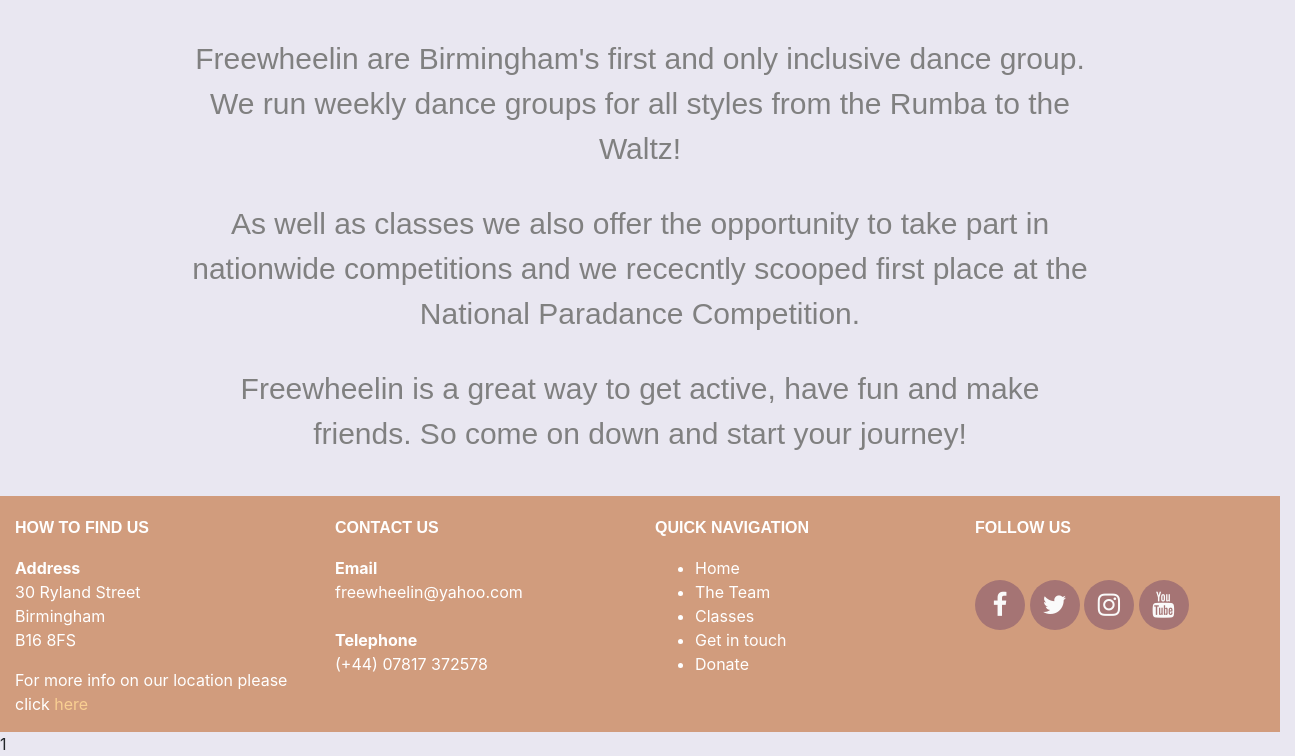
Repository: Code-Institute-Submissions/francisillingworth-resubmitted-milestone-project-1
Page: index.html
The author's editor kept a record of every edit. The page is drawn from the files as they stood at one moment, then again after the next edit.
The browser window is 1280 px wide. The page is 1295 px wide, so the pictures cover 1295 px, including what lies to the right of the window. The pictures show the part of the page from y = 811 to 1567 px (the page is 1567 px tall before and 1543 px after).

Above is the page before.

### index.html
<!DOCTYPE html>
<html lang="en">

<head>
    <meta charset="UTF-8">
    <meta name="viewport" content="width=device-width, initial-scale=1.0">
    <meta http-equiv="X-UA-Compatible" content="ie=edge">
    <link rel="stylesheet" href="https://stackpath.bootstrapcdn.com/bootstrap/4.3.1/css/bootstrap.min.css" type="text/css" />
    <link rel="stylesheet" href="https://stackpath.bootstrapcdn.com/font-awesome/4.7.0/css/font-awesome.min.css" type="text/css" />
    <link rel="stylesheet" href="https://cdnjs.cloudflare.com/ajax/libs/hover.css/2.3.1/css/hover-min.css" type="text/css" />
    <link rel="stylesheet" href="static/css/style.css" type="text/css" />
    <link rel="icon" type="image/png" href="assets/images/logo.png">
    <title>Freewheelin | Inclusive Dance</title>
</head>

<body>

    <header>
        <div class="container-fluid navalert-container">
            <div class="container-fluid alert-container">
                <div class="row d-none d-lg-block">
                    <div class="site-wide-alert alert alert-warning col-12 "><strong> Want to get involved?</strong> Click <a href="classes.html">here</a> for more info on classes! Want to donate? <button class="btn btn-success btn-sm " data-toggle="modal" data-target="#donateModal">Click Here!</button></div>
                </div>
            </div>
            <nav class="navbar navbar-dark navbar-expand-xl">
                <a href="/" class="navbar-brand"></a>
                <button class="navbar-toggler ml-auto" type="button" data-toggle="collapse" data-target="#navbarNavDropdown" aria-controls="navbarNavDropdown" aria-expanded="false" aria-label="Toggle navigation">
        <span class="navbar-toggler-icon"></span></button>


                <div class="collapse navbar-collapse  ml-auto" id="navbarNavDropdown">
                    <ul class="navbar-nav mr-auto">
                        <li class=" nav-item mr-2"><a class="nav-link" href="index.html">Home</a></li>
                        <li class="nav-item mr-2"><a class="nav-link" href="team.html">The Team</a></li>
                        <li class="nav-item dropdown">
                            <li class="nav-item mr-2"><a class="nav-link" href="classes.html">Classes</a></li>
                            <a class="nav-link dropdown-toggle " href="#" id="navbarDropdownMenuLink" role="button" data-toggle="dropdown" aria-haspopup="true" aria-expanded="false">Get in touch</a>
                            <div class="dropdown-menu" aria-labelledby="navbarDropdownMenuLink">
                                <a class="dropdown-item" href="get-in-touch.html">Contact us</a>
                                <a class="dropdown-item" href="#" data-toggle="modal" data-target="#donateModal">Donate</a>
                            </div>
                        </li>

                    </ul>
                </div>

            </nav>
        </div>

        <img class="logo" src="assets/images/logo.png" alt="Logo">
        <h1>Freewheelin</h1>
        <h2>Inclusive dance</h2>
        <div class="row no-gutters">
            <div class="col-md-8 offset-2">
                <div class="d-none d-lg-block">
                    <div class="row no-gutters">
                        <div class="col">
                            <ul id="nav" class="list-inline menucontainer">
                                <li class="col-sm-3 ui-menu-color list-inline-item menuitem">
                                    <a href="index.html" class="hvr-icon-grow"><i class="fa fa-home hvr-icon" aria-hidden="true"></i><span>&nbsp;  Home</span></a>
                                </li>
                                <li class="col-sm-3 ui-menu-color list-inline-item menuitem">
                                    <a href="team.html" class="hvr-icon-grow"><i class="fa fa-users hvr-icon" aria-hidden="true"></i><span>&nbsp;  The Team</span></a>
                                </li>
                                <li class="col-sm-3 ui-menu-color list-inline-item menuitem">
                                    <a href="classes.html" class="hvr-icon-grow"><i class="fa fa-calendar hvr-icon" aria-hidden="true"></i><span>&nbsp;  Classes</span></a>
                                </li>
                                <li class="col-sm-3 ui-menu-color list-inline-item menuitem">
                                    <a href="get-in-touch.html" class="hvr-icon-grow"><i class="fa fa-comments hvr-icon" aria-hidden="true"></i><span>&nbsp;  Get in touch</span></a>
                                </li>
                            </ul>

                        </div>
                    </div>
                </div>
            </div>
        </div>
    </header>

    <section>

        <iframe class="introVideo" width="516" height="296" src="https://www.youtube.com/embed/5jInVw9U_JM" frameborder="0" allow="accelerometer; autoplay; encrypted-media; gyroscope; picture-in-picture" allowfullscreen></iframe>
        <p class="homePagePara">Freewheelin are Birmingham's first and only inclusive dance group. We run weekly dance groups for all styles from the Rumba to the Waltz!</p>
        <p class="homePagePara">As well as classes we also offer the opportunity to take part in nationwide competitions and we rececntly scooped first place at the National Paradance Competition.</p>
        <p class="homePagePara">Freewheelin is a great way to get active, have fun and make friends. So come on down and start your journey!</p>
        </p>
    </section>

    <footer class="container-fluid">
        <div class="row">
            <div class="col-sm-6 col-md-4 col-lg-3">
                <p class="uppercase general-sub footerHeader"><strong>How to find us</strong></p>
                <p class="footer-text"><strong>Address</strong><br>30 Ryland Street<br>Birmingham<br>B16 8FS</p>
                <p class="footer-text footer-text-map-link">For more info on our location please click <a class="classes-page" href="classes.html">here</a></p>
                <div class="container-map">
                    <iframe src="https://www.google.com/maps/embed?pb=!1m18!1m12!1m3!1d4860.370228884722!2d-1.922623812816778!3d52.47578393677804!2m3!1f0!2f0!3f0!3m2!1i1024!2i768!4f13.1!3m3!1m2!1s0x4870bcf7880bee33%3A0xc67f882871949e74!2s30+Ryland+St%2C+Birmingham+B16+8FS!5e0!3m2!1sen!2suk!4v1556909026058!5m2!1sen!2suk"
                        width="300" height="300" frameborder="0" style="border:0" allowfullscreen></iframe>
                </div>
            </div>
            <div class="col-sm-6 col-md-4 col-lg-3">
                <p class="uppercase general-sub footerHeader"><strong>Contact Us</strong></p>
                <p class="footer-text"><strong> Email</strong><br>freewheelin@yahoo.com<br><br><strong>Telephone</strong><br>(+44) 07817 372578</p>
            </div>
            <div class="col-sm-6 col-md-4 col-lg-3">
                <p class="uppercase general-sub footerHeader"><strong>Quick Navigation</strong></p>
                <ul>
                    <li class="footer-nav"><a href="index.html">Home</a></li>
                    <li class="footer-nav"><a href="team.html">The Team</a></li>
                    <li class="footer-nav"><a href="classes.html">Classes</a></li>
                    <li class="footer-nav"><a href="get-in-touch.html">Get in touch</a></li>
                    <li class="footer-nav"><a href="#" data-toggle="modal" data-target="#donateModal">Donate</a></li>
                </ul>
            </div>
            <div class="col-sm-6 col-md-4 col-lg-3">
                <p class="uppercase general-sub footerHeader"><strong>Follow us</strong></p>
                <br>
                <ul class="list-inline social-links">
                    <li class="list-inline-item">
                        <a target="_blank" href="https://www.facebook.com/freewheelindance/?view_public_for=1515757465107461">
                                <i class="fa fa-facebook hvr-icon" aria-hidden="true"></i>
                                <span class="sr-only">Facebook</span>
                            </a>
                    </li>
                    <li class="list-inline-item">
                        <a target="_blank" href="https://twitter.com/wheelin_free">
                                <i class="fa fa-twitter hvr-icon" aria-hidden="true"></i>
                                <span class="sr-only">Twitter</span>
                            </a>
                    </li>
                    <li class="list-inline-item">
                        <a target="_blank" href="https://www.instagram.com/freewheelin_dance/">
                                <i class="fa fa-instagram hvr-icon" aria-hidden="true"></i>
                                <span class="sr-only">Instagram</span>
                            </a>
                    </li>
                    <li class="list-inline-item">
                        <a target="_blank" href="https://www.youtube.com/channel/UCn35KSVQHnnvmcoqwCyMNBQ">
                                <i class="fa fa-youtube hvr-icon" aria-hidden="true"></i>
                                <span class="sr-only">Youtube</span>
                            </a>
                    </li>
                </ul>
            </div>

        </div>

    </footer>

    <div class="modal" tabindex="-1" role="dialog" id="donateModal">
        <div class="modal-dialog" role="document">
            <div class="modal-content">
                <div class="modal-header">
                    <p class="modal-title">Donate to Freewheelin!</p>
                    <button type="button" class="close" data-dismiss="modal" aria-label="Close">
              <span aria-hidden="true">&times;</span>
            </button>
                </div>
                <div class="modal-body">
                    <form>
                        <div class="form-group">
                            <label for="InputName">Full name (required)</label>
                            <input type="text" class="form-control" id="exampleInputEmail1" aria-describedby="emailHelp" placeholder="Enter full name" required>
                        </div>
                        <div class="form-group">
                            <label for="InputEmail">Email address (required)</label>
                            <input type="email" class="form-control" id="exampleInputEmail1" aria-describedby="emailHelp" placeholder="Enter email" required>
                            <small id="emailHelp" class="form-text text-muted">We'll never share your email with anyone else.</small>
                        </div>
                        <div class="form-group">
                            <label for="InputTelephoneNumber">Telephone number (optional)</label>
                            <input type="text" class="form-control" id="exampleInputPassword1" placeholder="Enter Telephone Number">
                            <small id="phoneHelp" class="form-text text-muted">We'll never share your phone number with anyone else.</small>
                        </div>
                        <p>By clicking submit you will send us your contact details. A member of the team will get in touch shortly to dicuss your donation. Thank you for your generosity!</p>
                        <button type="submit" class="btn btn-primary">Submit</button>
                    </form>
                </div>
            </div>
        </div>
    </div>



    <script src="https://code.jquery.com/jquery-3.3.1.slim.min.js" integrity="sha384-q8i/X+965DzO0rT7abK41JStQIAqVgRVzpbzo5smXKp4YfRvH+8abtTE1Pi6jizo" crossorigin="anonymous"></script>
    <script src="https://cdnjs.cloudflare.com/ajax/libs/popper.js/1.14.7/umd/popper.min.js" integrity="sha384-UO2eT0CpHqdSJQ6hJty5KVphtPhzWj9WO1clHTMGa3JDZwrnQq4sF86dIHNDz0W1" crossorigin="anonymous"></script>
    <script src="https://stackpath.bootstrapcdn.com/bootstrap/4.3.1/js/bootstrap.min.js" integrity="sha384-JjSmVgyd0p3pXB1rRibZUAYoIIy6OrQ6VrjIEaFf/nJGzIxFDsf4x0xIM+B07jRM" crossorigin="anonymous"></script>


</body>

</html>
1

### static/css/style.css
/*------------------colours*/

body {
    background-color: #e9e7f1;
}



/*------------------heading*/

h1 {
    width: 100%;
    font-family: century gothic, sans-serif;
    font-weight: 100;
    font-size: 56px;
    text-align: center;
    letter-spacing: 3px;
}

h4 {
    font-family: century gothic, sans-serif;
    font-weight: 100;
    font-size: 20px;
    text-align: center;
    letter-spacing: 5px;
    color: #808080;
}

.logo {
    border-radius: 50%;
    display: inherit;
    margin-left: auto;
    margin-right: auto;
}

.list-inline-item:not(:last-child) {
    margin: 0;
}

.menucontainer {
    font-size: 0;

}

#nav li {
    font-size: 20px;
    text-align: center;
    padding: 7px 10px 10px 10px;
    background-color: #d9c8ca;
    color: black;
    border-radius: 25px;
    margin-top: 10px;

}

#nav li:hover {
    background-color: #bfa4a4
}

.menuitem {
    height: 100%;
}

.menuitem a {
    width: 100%;
    text-decoration: none;
    color: #fff;
    height: 100%;
    display: block;
}

.menuitem span {
    width: 100%
}

/* ------------------------------------Alert bar*/

.alert {
    padding: 3px 20px;
    text-align: right;
    background-color: #e9e7f1;
    border-color: #e9e7f1;

}

btn-group-sm>.btn,
.btn-sm {
    padding: .25rem .5rem;
    font-size: .875rem;
    line-height: 1.5;
    border-radius: .2rem;
    margin-left: 10px;
}

.alert-container {
    padding: 0;
}


/*-----------------------------------burger nav*/

.nav-link {
    text-align: right;
    font-weight: 800;
}


.navbar-dark .navbar-nav .nav-link {
    color: #747779;
}


.navbar-toggler-icon {
    display: inline-block;
    width: 2.5em;
    height: 2.5em;
    vertical-align: middle;
    content: "";
    background: no-repeat center center;
    background-size: 100% 100%;


}

.navbar-dark .navbar-toggler-icon {
    background-image: url(http://assets.stickpng.com/thumbs/588a64e7d06f6719692a2d11.png);
}

.dropdown-item {
    text-align: right;
    color: #747779;
    font-weight: 700;
}

.dropdown-menu {
    background-color: transparent;
    border: none;
}

.navalert-container {
    padding: 0;
}



.dropdown-item:focus,
.dropdown-item:hover {
    color: white;
    text-decoration: none;
    background-color: #e9e7f1;
}

@media(min-width:992px) {
    .navbar-expand-xl {
        display: none;
    }
}




/*---------------------------------------footer*/

h5 {
    margin: 0;
    border-bottom-style: dotted;
    border-bottom-color: white;
}

.uppercase {
    text-transform: uppercase
}

.general-sub {
    font-family: "nanum-Gothic", sans-serif;
    color: white;
}

footer {
    margin-top: 40px;
    background-color: #d19c7d;
    min-height: 100px;
    padding-top: 20px;

}

.footer-text {
    color: white;
}

/* credit to tkjaergaard  https://gist.github.com/tkjaergaard/1853190  for inspiration on making the map circular and for ideas for code make it happen */

.container-map {

    text-align: center;
    overflow: hidden;
    border-radius: 50%;
    position: relative;
    z-index: 1;
    height: 290px;
    width: 290px;
    border: 10px solid #f9cf92;
    margin-bottom: 20px;
}

.container-map iframe {
    position: absolute;
    border-radius: 50%;
    top: 0;
    left: -10px;

}

.social-links li a i {
    width: 50px;
    height: 50px;
    padding: 12px 0;
    border-radius: 50%;
    font-size: 26px;
    text-align: center;
    color: #fafafa;
    background-color: #a57474;
    transition: all 0.35s ease-in-out;
    -moz-transition: all 0.35s ease-in-out;
    -webkit-transition: all 0.35s ease-in-out;
    -o-transition: all 0.35s ease-in-out;

}

.social-links li a i:hover {
    background-color: #f9cf92;
    transform: scale(1.15);

}

.footer-nav {
    text-decoration: none;
    color: white;

}

.footer-nav a {
    text-decoration: none;
    color: white;

}

.footer-nav:hover {

    color: #8f8f8f;
}

.footer-nav a:hover {
    color: #8f8f8f;
}


.introVideo {
    width: 100%;
    margin-top: 40px;
}

.classes-page {
    color: #f9cf92;

}

.classes-page:hover {
    color: #a57474;
    text-decoration: none;
}



/*-------------------------index.html*/

.homePagePara {
    text-align: center;
    font-family: century gothic, sans-serif;
    font-size: 20px;
    font-weight: 300;
    color: #808080;
    width: 98%;
    margin-left: 1%;
    margin-top: 30px;
}

/*-------------------------------get in touch*/

.contact-form {
    margin-left: 1%;
    margin-right: 1%;
    font-size: 20px;
    width: 98%;
}

/*-------------------------------team*/

.teamPic {
    border-radius: 50%;
    border: 10px solid #d9c8ca;
    text-align: center;

}

.bioName {
    font-family: century gothic, sans-serif;
    font-size: 30px;
    font-weight: 300;
    color: #808080;


}

.bioPara {

    font-family: century gothic, sans-serif;
    font-size: 14px;
    font-weight: 600;
    color: #808080;
}




.katie {
    border: 10px solid #f9cf92;
}

.bioPic {
    padding-top: 20px;
    text-align: center;
}

.bioPic:hover {
    transform: scale(1.1);
}



/*-----------------------------------------classes*/

.classesText {
    font-family: century gothic, sans-serif;
    font-weight: 300;
    font-size: 30px;
    text-align: center;
    margin-top: 10px;
    color: #808080;
}


.map-responsive {
    overflow: hidden;
    padding-bottom: 56.25%;
    position: relative;
    height: 0;
    border-radius: 10px;
}

.map-responsive iframe {
    left: 0;
    top: 0;
    height: 100%;
    width: 100%;
    position: absolute;
}

.contact-us-modal {
    color: #d19c7d;
}

.contact-us-modal:hover {
    color: #a57474;
    text-decoration: none;
}





/*-------------------------------@media*/

@media (min-width:576px) {

    .homePagePara {
        margin-left: 5%;
        margin-right: 5%;
        font-size: 30px;
        font-weight: 100;
        width: 90%;
    }
    .introVideo {
        width: 90%;
        margin-left: 5%
    }

    .container-map {
        display: none
    }

}


@media (max-width:576px) {

    .footer-text-map-link {
        display: none
    }

}


@media (min-width:768px) {

    .homePagePara {
        margin-left: 15%;
        margin-right: 15%;
        font-size: 30px;
        width: 70%;


    }

    .introVideo {
        width: 60%;
        margin-left: 20%
    }

    .contact-form {
        margin-left: 15%;
        margin-right: 15%;
        font-size: 20px;
        width: 70%;

    }


}



@media (min-width:992px) {
    .meet-the-team {
        text-align: left;
    }
}

@media (max-width:992px) {
    .free-wheelin-title {
        display: none;
    }
}

After the next edit:
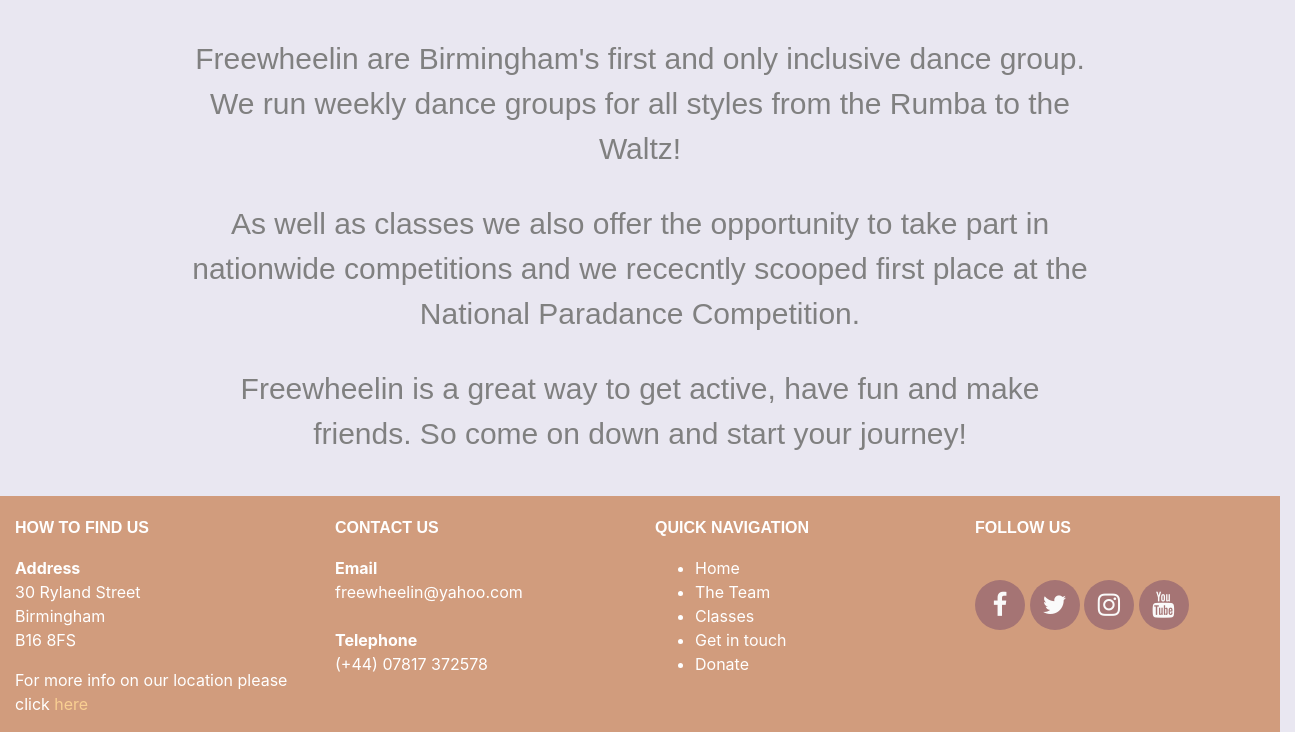
The edit:
--- a/index.html
+++ b/index.html
@@ -189,4 +189,3 @@
 </body>
 
 </html>
-1
